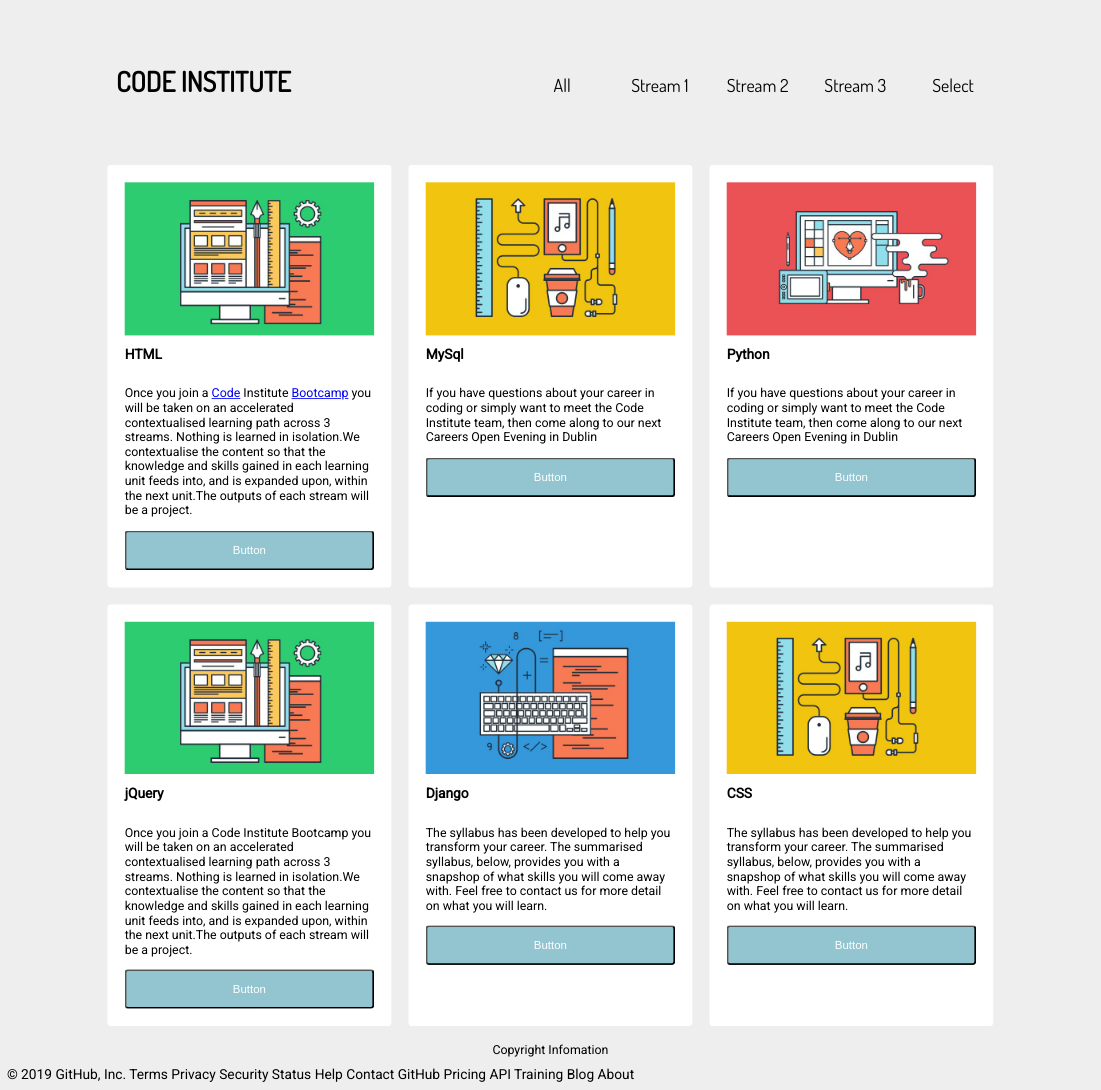
Repository: laurence100795/JQuery-Basics
Page: Traversing_sideways.html
The author's editor kept a record of every edit. The page is drawn from the files as they stood at one moment, then again after the next edit.
The browser window is 1280 px wide. The pictures show the whole page, at 86% of full size.
Some web libraries are served in a nearby version.

Above is the page before.

### Traversing_sideways.html
<!doctype html>
<html lang="en">
<head>
	<meta charset="utf-8" />
	<meta name="viewport" content="width=device-width, initial-scale=1">
	<title>jQuery</title>
	<link href="css/style.css" rel="stylesheet">
	<link href='https://fonts.googleapis.com/css?family=Roboto' rel='stylesheet'>
	<link href='https://fonts.googleapis.com/css?family=Dosis' rel='stylesheet'>
</head>
<body>
	<div id="container">
		<nav>
			<ul>
				<li id="logoNav">CODE INSTITUTE</li>
				<li id="all_btn">All</li>
				<li id="stream1_btn">Stream 1</li>
				<li id="stream2_btn">Stream 2</li>
				<li id="stream3_btn">Stream 3</li>
				<li id="select_btn">Select</li>
			</ul>
		</nav>
		<div class="card stream1">
			<img class="card_image" src="images/3.png" alt="code icon">
			<div class="card_bottom">
				<h2 class="card_head" id='head1'>HTML</h2>
				<p id='para1' class="card_para">Once you join a <a href='#'>Code</a> Institute <a href='#'>Bootcamp</a> you will be taken on an accelerated contextualised learning path across 3 streams. Nothing is learned in isolation.We contextualise the content so that the knowledge and skills gained in each learning unit feeds into, and is expanded upon, within the next unit.The outputs of each stream will be a project. </p>
				<button   class="bottom_button">Button</button>
			</div>
		</div>
		<div class="card stream3">
			<img class="card_image" src="images/1.png" alt="code icon">
			<div class="card_bottom">
				<h2 class="card_head">MySql</h2>
				<p class="card_para">If you have questions about your career in coding or simply want to meet the Code Institute team, then come along to our next Careers Open Evening in Dublin</p>
				<button   class="bottom_button">Button</button>
			</div>
		</div>

		<div class="card stream2">
			<img class="card_image" src="images/2.png" alt="code icon">
			<div class="card_bottom">
				<h2 class="card_head">Python</h2>
				<p class="card_para">If you have questions about your career in coding or simply want to meet the Code Institute team, then come along to our next Careers Open Evening in Dublin</p>
				<button  class="bottom_button">Button</button>
			</div>
		</div>
		<div class="card stream1">
			<img class="card_image" src="images/3.png" alt="code icon">
			<div class="card_bottom">
				<h2 class="card_head">jQuery</h2>
				<p class="card_para">Once you join a Code Institute Bootcamp you will be taken on an accelerated contextualised learning path across 3 streams. Nothing is learned in isolation.We contextualise the content so that the knowledge and skills gained in each learning unit feeds into, and is expanded upon, within the next unit.The outputs of each stream will be a project. </p>
				<button   class="bottom_button">Button</button>
			</div>
		</div>
		<div class="card stream3">
			<img class="card_image" src="images/4.png" alt="code icon">
			<div class="card_bottom">
				<h2 class="card_head">Django</h2>
				<p class="card_para">The syllabus has been developed to help you transform your career. The summarised syllabus, below, provides you with a snapshop of what skills you will come away with. Feel free to contact us for more detail on what you will learn.</p>
				<button class="bottom_button">Button</button>
			</div>
		</div>
		<div class="card stream1">
			<img class="card_image" src="images/1.png" alt="code icon">
			<div class="card_bottom">
				<h2 class="card_head">CSS</h2>
				<p class="card_para">The syllabus has been developed to help you transform your career. The summarised syllabus, below, provides you with a snapshop of what skills you will come away with. Feel free to contact us for more detail on what you will learn.</p>
				<button class="bottom_button">Button</button>
			</div>
		</div>
		<div id="my_footer">
			<p id="copyright">Copyright Infomation</p>
		</div>
	</div>

	<script
	src="https://code.jquery.com/jquery-3.2.1.js"
	integrity="sha256-DZAnKJ/6XZ9si04Hgrsxu/8s717jcIzLy3oi35EouyE="
	crossorigin="anonymous"></script>
	<script src="js/script.js"></script> <!-- Scripts located at the bottom of the body to insure page is fully loaded before execution -->

</body>
</html>
© 2019 GitHub, Inc.
Terms
Privacy
Security
Status
Help
Contact GitHub
Pricing
API
Training
Blog
About

### style.css
body {
	font-family: 'Roboto', sans-serif;
	/*background-image: url(img/code-institute.jpg);
 	background-size: cover;
 	color: #ffffff;*/
 	background-color: #eee;
}

h1{
	font-size: 3em;
	text-align: center;
}

h2 {
	font-size: 1em;
	text-align: left;
}

p {
	font-size: .9rem;
}

div {
	border-radius: 4px;
}

.card_image {
	width: 100%;
}

.bottom_button {
	display: flex;
	box-sizing:border-box;
	border-radius: 4px;
	display: block;
	width: 100%;
	background-color:rgba(129, 187, 201,.85);
	text-align: center;
	padding: 1em .75em;
	text-decoration: none;
	color: #fff;
}

.card_bottom {
	display: flex;
	flex-flow:column;
}

.card_head {
	flex:0;
}

.card_para {
	flex:1 0 auto;
}

#container {
	display: flex;		/* makes container a flexbox*/
	flex-flow: row wrap; 	/* layout the boxes in rows and wrap them*/
	box-sizing:border-box;
	margin-right:auto;
	margin-left:auto;
	max-width:1050px;
}

#logo {
	width: 800px;
	margin: auto;
}

.card {
	flex:1; /* */
	display: flex;	/* make the contents controllable by flexbox*/
	flex-flow:column;	/* */
	min-width: 240px; /**/
	margin: 10px;
	padding: 20px;
	background-color: #fff;
}

.highlight_stream {
	background-color: #EB5255;
}

.highlight_blue {
	color: lightblue;
}

.background_black{
	color: black;
}
#my_footer {
	width:100%;
	text-align: center;
}

#copyright {
	margin-top:10px;
	margin-bottom:10px;
}

/*************************
Navigation
**************************/

nav {
	font-family: roboto;
	background-color: #eee;
	margin: 30px auto;
	width: 100%;
}

ul {
	display: flex;
	justify-content:space-between;
	flex-flow: row;
	/*flex-flow: row-reverse;*/
	/*justify-content:flex-end;*/
	/*justify-content:space-around;*/
	/*align-items:flex-start;*/
	align-items:baseline;
	border-radius: 10px;
	list-style-type: none; /*Remove Bullets*/
	padding: 0;
}

li {
	flex:1;
	height: 30px;
	/*width:10%;*/
	/*border:2px solid #000;*/
	/*background-color: #81BBC9;*/
	/*border-radius: 10px;*/
	font-family: Dosis;
	padding:20px 20px 20px 20px;
	text-align: center;
	font-size: 1.3em;
}

#logoNav {
	flex:6;
	text-align: left;
	font-size: 2em;
	font-weight: bold;
}

.underline {
    text-decoration:underline;
}

.border {
    border: solid 5px #ccc;
}

@media screen and (max-width: 700px) {
	ul {
		flex-flow: column;
		align-items:center;
    }

	li {
		font-size: 2em;
	}
}

### script.js
$(document).ready(function() {
    /*$("#stream1_btn").mouseenter(function() {
        $(".stream1").removeClass('highlight_stream');
        $(".stream2").removeClass('highlight_stream');
        $(".stream3").removeClass('highlight_stream');
        $(".stream1").addClass('highlight_stream');
    });
    $("#stream2_btn").click(function() {
        $(".stream1").removeClass('highlight_stream');
        $(".stream2").removeClass('highlight_stream');
        $(".stream3").removeClass('highlight_stream');
        $(".stream2").addClass('highlight_stream');
    });
    $("#stream3_btn").on("click", function() {
        $(".stream1").removeClass('highlight_stream');
        $(".stream2").removeClass('highlight_stream');
        $(".stream3").removeClass('highlight_stream');
        $(".stream3").addClass('highlight_stream');
    });*/
    $("p").mouseenter(function() {
        $(".card_para").addClass("highlight_stream")
    });
    $("p").mouseleave(function() {
        $(".card_para").removeClass("highlight_stream")
    });
    $("#hl_html").hover(function() {
        $("#hl_mysql").removeClass("highlight_blue")
        $("#hl_python").removeClass("highlight_blue")
        $("#hl_css").removeClass("highlight_blue")
        $("#hl_django").removeClass("highlight_blue")
        $("#hl_jquery").removeClass("highlight_blue")
        $("#hl_html").addClass("highlight_blue")
    });
    $("#hl_mysql").hover(function() {
        $("#hl_html").removeClass("highlight_blue")
        $("#hl_python").removeClass("highlight_blue")
        $("#hl_css").removeClass("highlight_blue")
        $("#hl_django").removeClass("highlight_blue")
        $("#hl_jquery").removeClass("highlight_blue")
        $("#hl_mysql").addClass("highlight_blue")
    });
    $("#hl_python").hover(function() {
        $("#hl_html").removeClass("highlight_blue")
        $("#hl_mysql").removeClass("highlight_blue")
        $("#hl_css").removeClass("highlight_blue")
        $("#hl_django").removeClass("highlight_blue")
        $("#hl_jquery").removeClass("highlight_blue")
        $("#hl_python").addClass("highlight_blue")
    });
    $("#hl_css").hover(function() {
        $("#hl_html").removeClass("highlight_blue")
        $("#hl_mysql").removeClass("highlight_blue")
        $("#hl_python").removeClass("highlight_blue")
        $("#hl_django").removeClass("highlight_blue")
        $("#hl_jquery").removeClass("highlight_blue")
        $("#hl_css").addClass("highlight_blue")
    });
    $("#hl_django").hover(function() {
        $("#hl_html").removeClass("highlight_blue")
        $("#hl_mysql").removeClass("highlight_blue")
        $("#hl_python").removeClass("highlight_blue")
        $("#hl_css").removeClass("highlight_blue")
        $("#hl_jquery").removeClass("highlight_blue")
        $("#hl_django").addClass("highlight_blue")
    });
    $("#hl_jquery").hover(function() {
        $("#hl_html").removeClass("highlight_blue")
        $("#hl_mysql").removeClass("highlight_blue")
        $("#hl_python").removeClass("highlight_blue")
        $("#hl_css").removeClass("highlight_blue")
        $("#hl_django").removeClass("highlight_blue")
        $("#hl_jquery").addClass("highlight_blue")
    });
    $(".bottom_button").mouseenter(function() {
        $("body").css("background-color", "black")
    });
    $(".bottom_button").mouseleave(function() {
        $("body").css("background-color", "#eee123")
    });
    $("#first_button").click(function() {
        $("#first_button").hide("slow");
    });
    $("#second_button").click(function() {
        $("#second_para").toggle("slow");
    });
    $("#third_button").click(function() {
        $("#third_para").slideToggle("slow");
    });
    $("#fourth_button").mouseenter(function() {
        $("#fourth_button").fadeTo(1000, 0.5);
    });
    $("#fourth_button").mouseleave(function() {
        $("#fourth_button").fadeTo(1000, 1);
    });


    $(".stream-nav").on("click", function() {
    // A selector to match all cards in all streams
    var allStreamsCardsSelector = ".card";
    // A selector to match just this stream's cards
    // for this, we use the class with the name of the stream,
    // which is the same as this nav link's id and then the "-card" suffix.
    var thisStreamCardsSelector = "." + this.id + "-card";

    // First remove the highlight from all of the cards
    $(allStreamsCardsSelector).removeClass("card-highlight");
    // Then apply the highlight to just this stream's cards
    $(thisStreamCardsSelector).addClass("card-highlight");
});
    $("p").on("click", function(){
	$(this).children("a").css("background-color", "yellow"); /* returns all the <a> child elements that are
		within this paragraph*/
	});
});

### style2.css
body{
	font-family: 'Roboto', sans-serif;
 	background-color: #eee;
}

h1{
	font-size: 3em;
	text-align: center;
}
h2{
	font-size: 1em;
	text-align: left;
}
p{
	font-size: .9rem;
}

div{
	border-radius: 4px;
}

.card_image{
	width: 100%;
}
.bottom_button{
	display: flex;
	box-sizing:border-box;
	border-radius: 4px;
	display: block;
	width: 100%;
	background-color:rgba(129, 187, 201,.85);
	text-align: center;
	padding: 1em .75em;
	text-decoration: none;
	color: #fff;

}

.card_bottom{
	display: flex;
	flex-flow:column;
}
.card_head{
	flex:0;
}
.card_para{
	flex:1 0 auto;
	display: none;
}

#container
{
	display: flex;		/* makes container a flexbox*/
	flex-flow: row wrap; 	/* layout the boxes in rows and wrap them*/
	box-sizing:border-box;
	margin-right:auto;
	margin-left:auto;
	max-width:1050px;
}
#logo{
	width: 800px;
	margin: auto;
}

.card{
	flex:1; /* sets equal width to cards*/
	display: flex;	/* make the contents controllable by flexbox*/
	flex-flow:column;	/* sets as a column layout*/
	min-width: 240px;
	margin: 10px;
	padding: 20px;
	background-color: #fff;
}

.pink{
    background-color:rgba(255, 192, 203,.85);
}

/*will set stream backround colour when used in jquery function*/
.highlight_stream{
	background-color: #EB5255;
}

#my_footer{
	width:100%;
	text-align: center;
}
#copyright{
	margin-top:10px;
	margin-bottom:10px;

}

/*************************
Navigation
**************************/

nav{
	font-family: roboto;
	background-color: #eee;
	margin: 30px auto;
	width: 100%;
}
ul{
	display: flex;/*creates a flew container*/
	justify-content:space-between;
	flex-flow: row;
	align-items:baseline;
	border-radius: 10px;
	list-style-type: none; /*Remove Bullets*/
	padding: 0;
}
li{
	flex:1;/*assigns width to list items*/
	height: 30px;
	padding:20px 20px 20px 20px;
	text-align: center;
	font-size: 1.3em;
}

#logoNav{
	flex:6;/*assigns larger size to the logo*/
	text-align: left;
	font-size: 2em;
	font-weight: bold;
}
/*underlines text*/
.underline{
  text-decoration:underline;
}
/*adds border*/
.border{
  border: solid 5px #ccc;
}

/*adds background-color pink*/
.highlight{
  background-color: pink;
}

@media screen and (max-width: 700px){
	ul{
		flex-flow: column;
		align-items:center;
	}
	li{
		font-size: 2em;
	}
}

After the next edit:
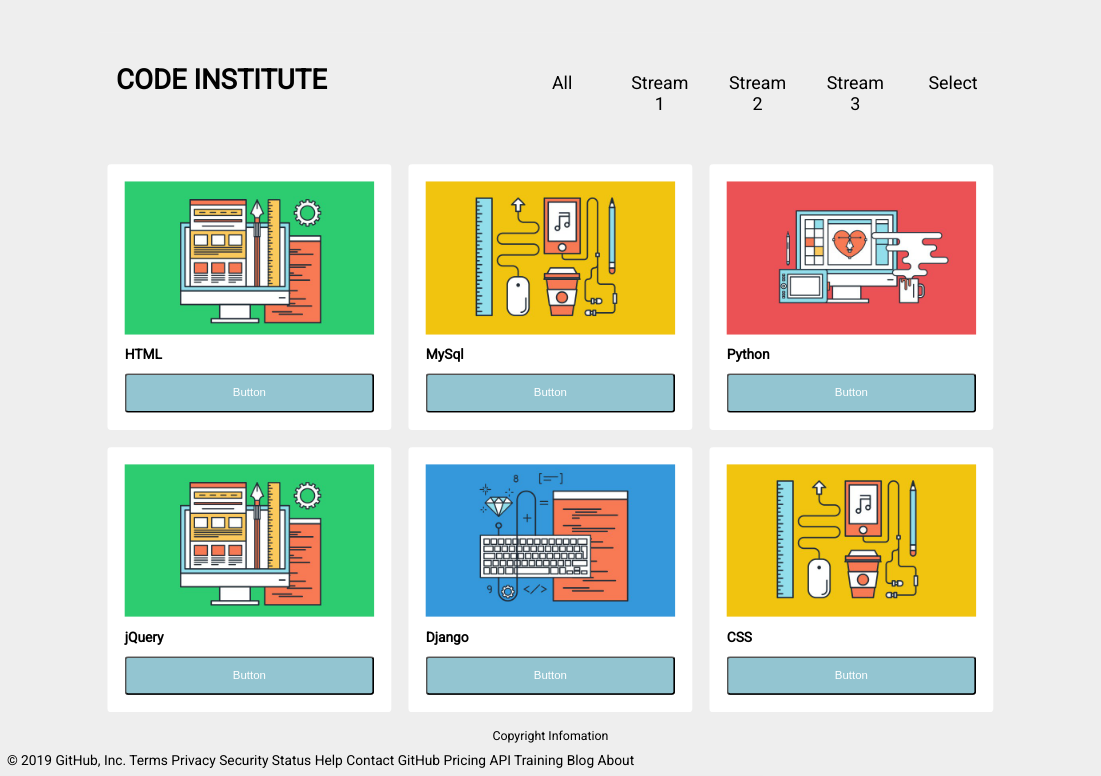
The edit:
--- a/Traversing_sideways.html
+++ b/Traversing_sideways.html
@@ -4,7 +4,7 @@
 	<meta charset="utf-8" />
 	<meta name="viewport" content="width=device-width, initial-scale=1">
 	<title>jQuery</title>
-	<link href="css/style.css" rel="stylesheet">
+	<link href="style2.css" rel="stylesheet">
 	<link href='https://fonts.googleapis.com/css?family=Roboto' rel='stylesheet'>
 	<link href='https://fonts.googleapis.com/css?family=Dosis' rel='stylesheet'>
 </head>
